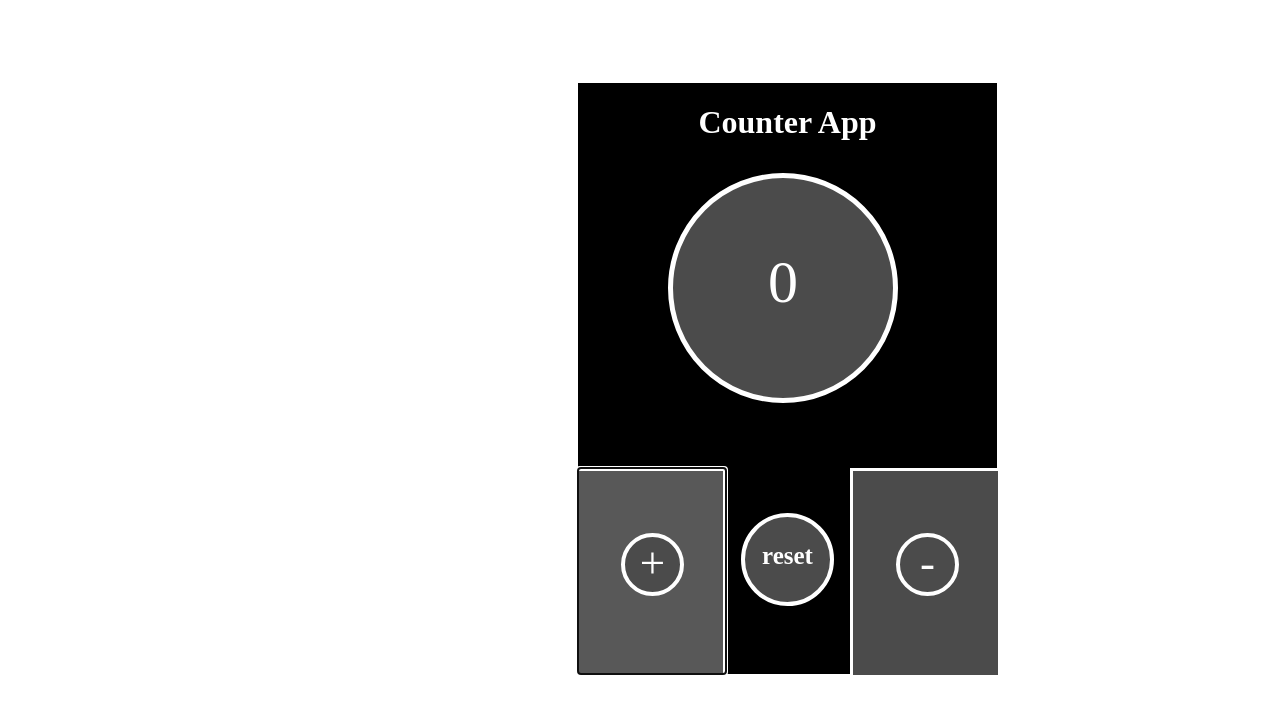
Repository: sara55m/Counter_App
Page: index.html
The author's editor kept a copy of each file at every save. The page is drawn from the files as they stood at one save, then again after the next save.
The browser window is 1280 px wide. The pictures show the whole page.
The first visible `.increase` has the focus.

Above is the page before, as saved 2024-08-01 04:05:43.

After the next save:
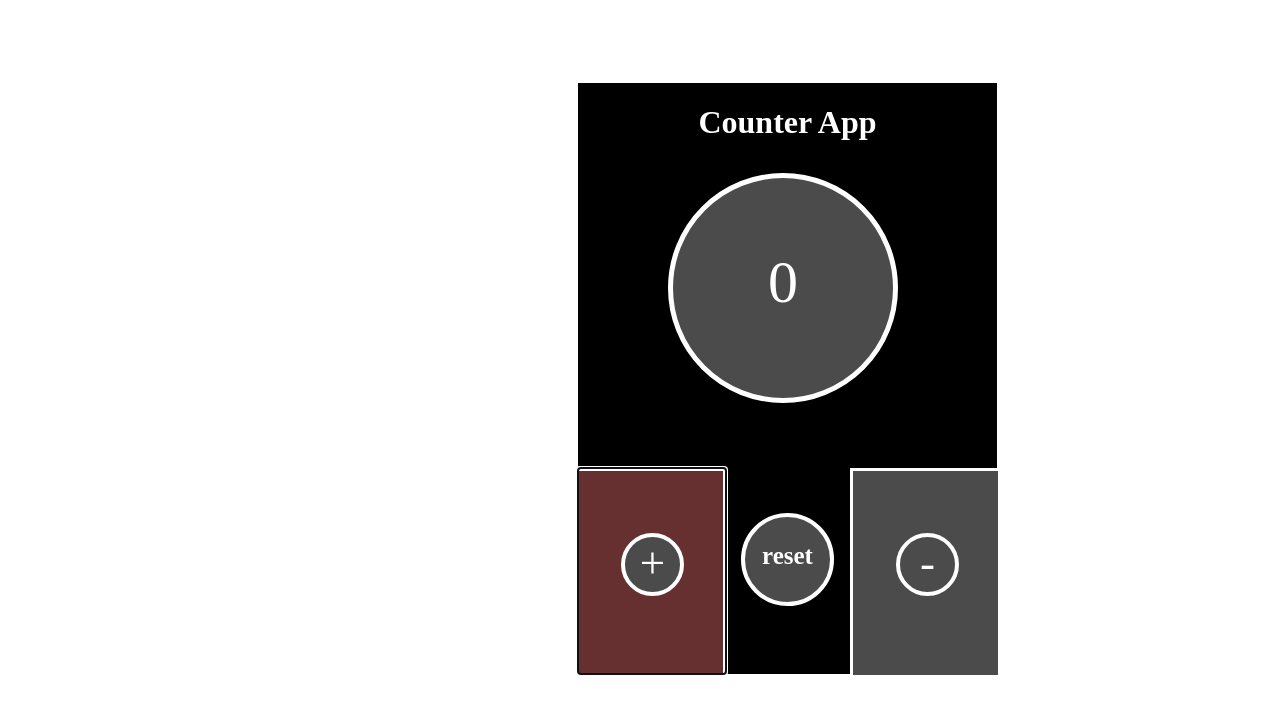
Saved 37 s later.
--- a/css/style.css
+++ b/css/style.css
@@ -44,7 +44,7 @@ p.one{
     border-right: 3px solid white;
 }
 .increase:focus{
-    background-color:#585858;
+    background-color:#673030;
 
 }
 
